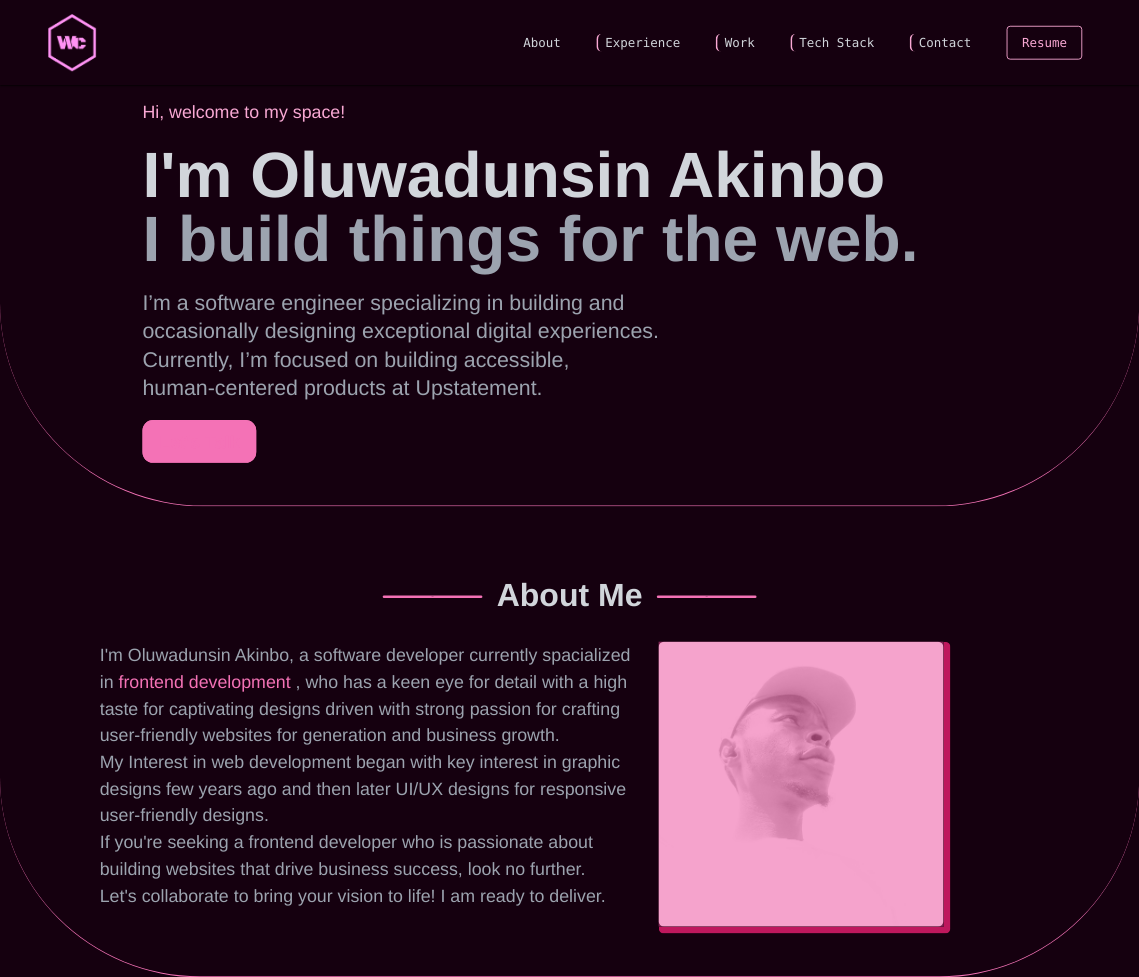
Repository: EmmyDunny1/myPortfolio
Page: / (app in MyPortfolio/)
These files come from the project's save history. The page is drawn as it stood at one moment and after a run of saves; the edit follows.
The browser window is 1280 px wide. The pictures show the whole page, at 89% of full size.
The project was rebuilt for these pictures with package versions that can differ from the ones it lists, and the page was loaded fresh each time. Also part of the build but not shown: MyPortfolio/vite.config.js.

Above is the page before, as saved 2025-01-16 12:08:03.

After the next 2 saves:
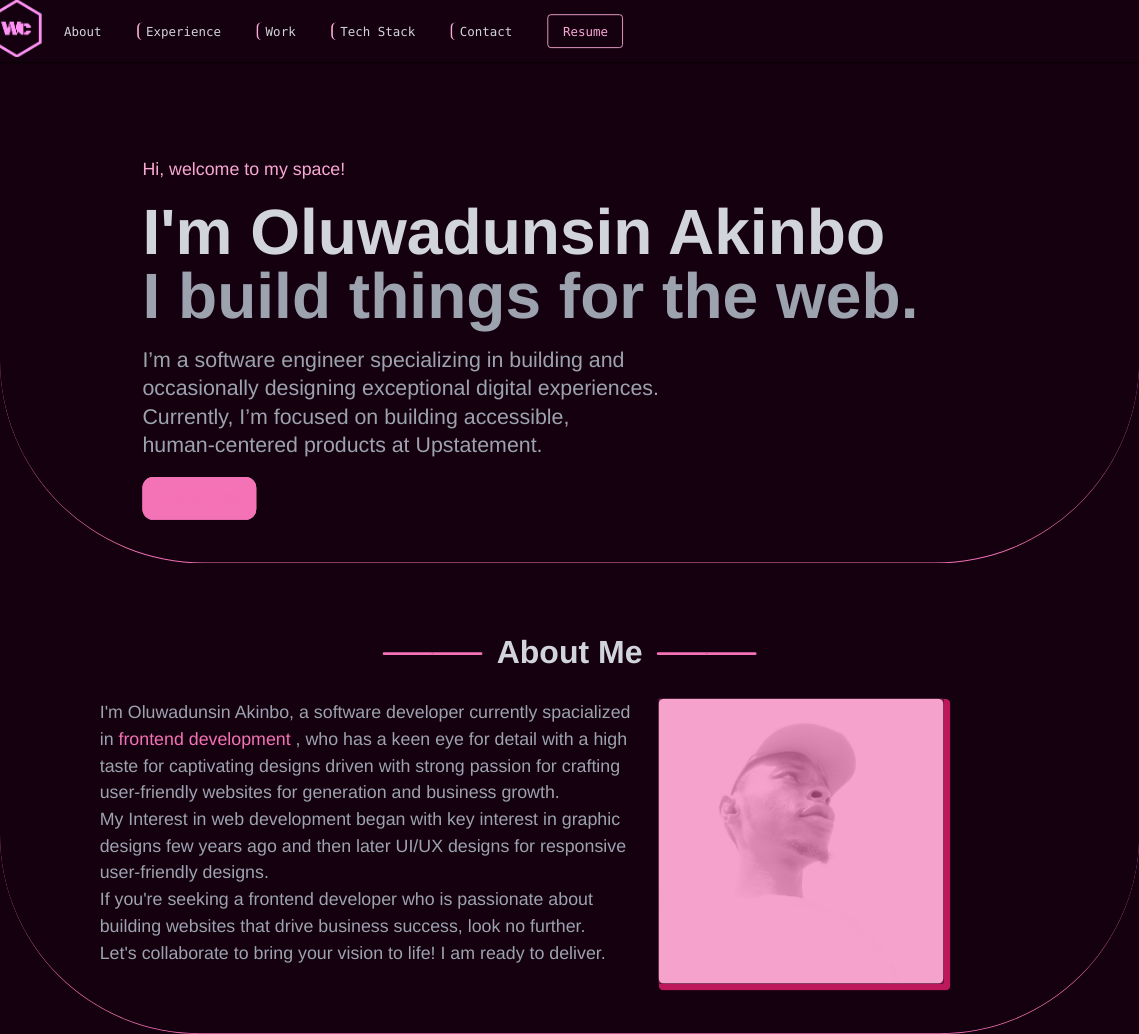
The 2 saves are shown as one change because they came seconds apart.
The last was saved 13 days later.
--- a/MyPortfolio/src/components/Navbar.jsx
+++ b/MyPortfolio/src/components/Navbar.jsx
@@ -1,6 +1,7 @@
 import React from 'react'
 import WEBCANIC from '../assets/WEBCANIC.png'
 import { useState } from 'react'
+import { FiMenu } from 'react-icons/fi';
 
 
 
@@ -13,14 +14,19 @@
   }
 
   return (
-    <nav className="fixed top-0 left-0 w-full bg-dark-navy shadow-sm  shadow-black text-gray-300 z-10">
+
+    <div className='flex'>
+
+<div className=" flex items-center gap-10">
+
+        <img src={WEBCANIC} className='h-[4rem] w-[4rem] object-cover ml-[-20%]'  alt="" />
+        <FiMenu className='lg:hidden flex h-6 w-6 cursor-pointer '/>
+
+    </div>
+    <nav className="md:block  fixed top-0 left-0 w-full bg-dark-navy shadow-sm  shadow-black text-gray-300 z-10">
     <div className=" flex items-center justify-between py-4 mx-[4rem]">
-      <div className="flex items-center">
 
-          <img src={WEBCANIC} className='h-[4rem] w-[4rem] object-cover ml-[-10px]'  alt="" />
-
-      </div>
-      <div className="flex items-center space-x-8 ">
+      <div className="hidden md:flex items-center space-x-8 ">
         <a
           href="#about"
           className="hover:text-green text-sm font-mono  border-solid border-pink-300 rounded-md px-2 ">
@@ -53,8 +59,11 @@
           Resume
         </a>
       </div>
+
     </div>
   </nav>
+
+  </div>
   )
 }
 

After the 6 saves that followed:
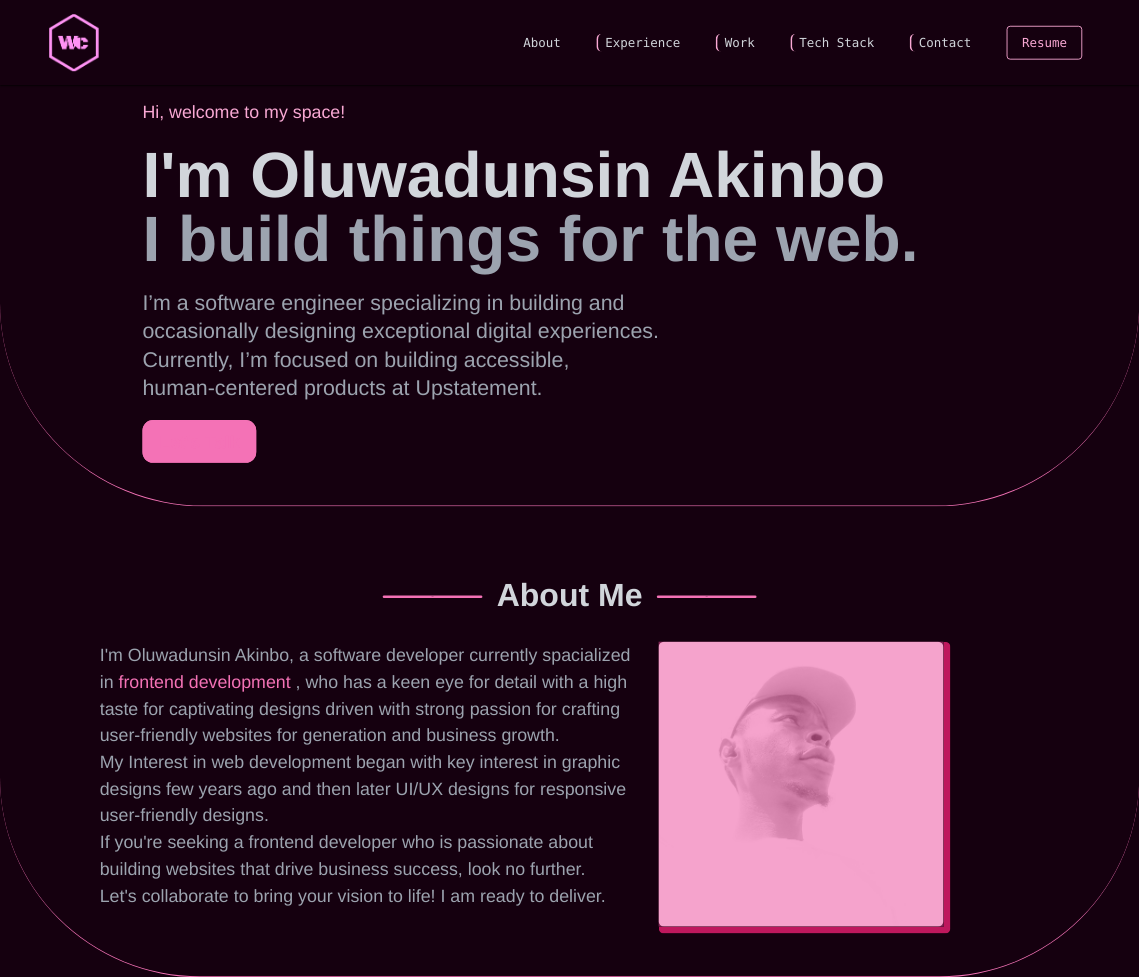
The 6 saves are shown as one change because 2 left the picture as it was and some came seconds apart.
The last was saved 78 s later.
--- a/MyPortfolio/src/components/Navbar.jsx
+++ b/MyPortfolio/src/components/Navbar.jsx
@@ -16,16 +16,14 @@
   return (
 
     <div className='flex'>
-
-<div className=" flex items-center gap-10">
-
-        <img src={WEBCANIC} className='h-[4rem] w-[4rem] object-cover ml-[-20%]'  alt="" />
-        <FiMenu className='lg:hidden flex h-6 w-6 cursor-pointer '/>
-
-    </div>
     <nav className="md:block  fixed top-0 left-0 w-full bg-dark-navy shadow-sm  shadow-black text-gray-300 z-10">
     <div className=" flex items-center justify-between py-4 mx-[4rem]">
+      <div className=" flex items-center gap-10">
 
+          <img src={WEBCANIC} className='h-[4rem] w-[4rem] object-cover ml-[-20%]'  alt="" />
+          <FiMenu className='lg:hidden flex h-6 w-6 cursor-pointer '/>
+
+      </div>
       <div className="hidden md:flex items-center space-x-8 ">
         <a
           href="#about"
